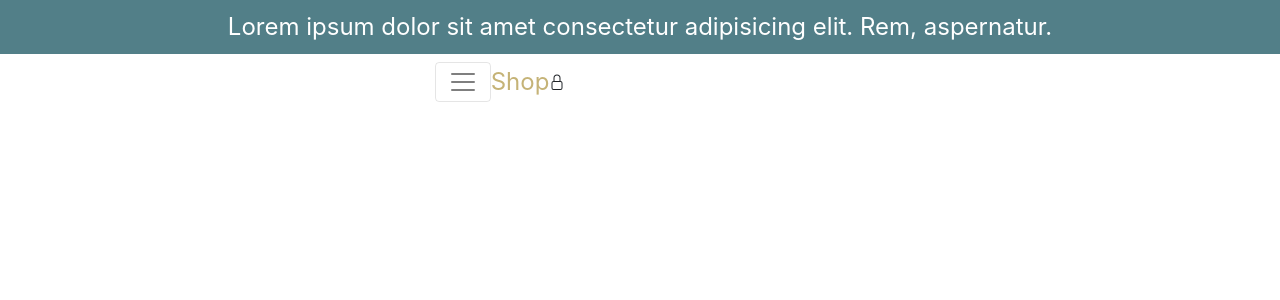
Repository: DaNiels89/frontendassignmentbogbootcamp
Page: index.html
The author's editor kept a copy of each file at every save. The page is drawn from the files as they stood at one save, then again after the next save.
The browser window is 1280 px wide. The pictures show the whole page.

Above is the page before, as saved 2020-03-19 17:52:28.

After the next save:
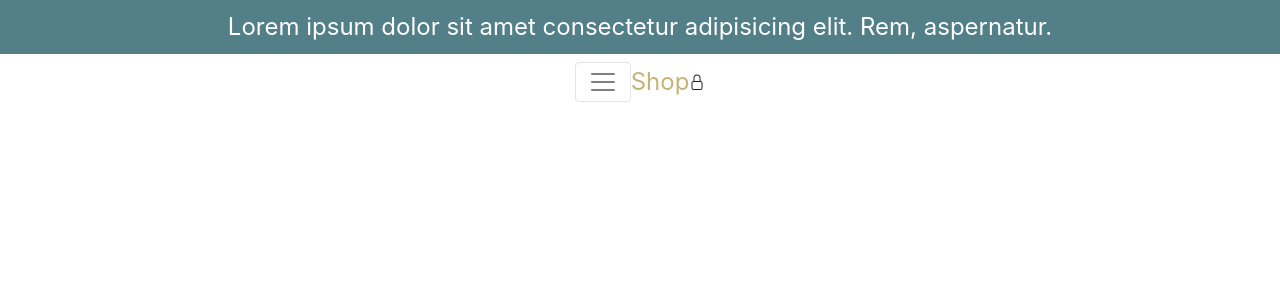
Saved 15 s later.
--- a/css/styles.css
+++ b/css/styles.css
@@ -18,7 +18,7 @@
   display: flex;
   justify-content: center;
   width: 100%;
-  max-width: 1000px;
+  /* max-width: 1000px; */
 }
 
 .navbar-div {
